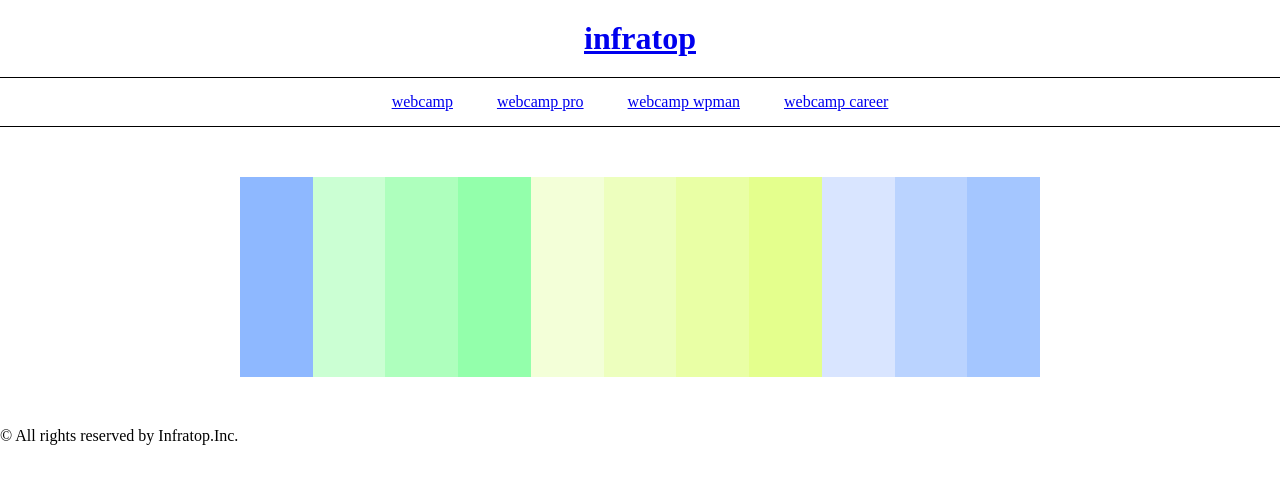
Repository: Y-takumi0/DMMwebcamp
Page: exercise/chapter5.html
The author's editor kept a record of every edit. The page is drawn from the files as they stood at one moment, then again after the next edit.
The browser window is 1280 px wide. The pictures show the whole page.

Above is the page before.

### exercise/chapter5.html
<!DOCTYPE html>
<!DOCTYPE html>
<html lang="ja">
  <head>
    <meta charset="UTF-8" />
    <link rel="stylesheet" href="chapter5.css" />
    <title>chapter5</title>
  </head>

  <body>
    <header>
      <h1 class="heading">
        <a href="chapter5.html">
          infratop
        </a>
      </h1>
    </header>

    <nav>
      <ul class="nav-list">
        <li class="nav-list-item">
          <a href="chapter5.html">webcamp</a>
        </li>
        <li class="nav-list-item">
          <a href="chapter5.html">webcamp pro</a>
        </li>
        <li class="nav-list-item">
          <a href="chapter5.html">webcamp wpman</a>
        </li>
        <li class="nav-list-item">
          <a href="chapter5.html">webcamp career</a>
        </li>
      </ul>
    </nav>

    <div class="main">
      <div class="square1"></div>
      <div class="square2"></div>
      <div class="square3"></div>
      <div class="square4"></div>
      <div class="square5"></div>
      <div class="square6"></div>
      <div class="square7"></div>
      <div class="square8"></div>
      <div class="square9"></div>
      <div class="square10"></div>
      <div class="square11"></div>
      <div class="square12"></div>
    </div>

    <footer>
      <p class="footer-text">© All rights reserved by Infratop.Inc.</p>    </footer>
  </body>
</html>

### exercise/chapter5.css
* {
  margin: 0;
  padding: 0;
  box-sizing: border-box;
}

header {
  width: 90%;
  padding: 20px 0;
  margin: 0 auto;
  text-align: center;
}

header .header {
  font-size: 32px;
}

.nav-list {
  text-align: center;
  padding: 15px 0;
  margin: 0 auto;
  border-top: 1px solid black;
  border-bottom: 1px solid black;
}

.nav-list-item {
  list-style: none;
  display:  inline-block;
  margin: 0px 20px;
}

.main {
  width: 800px;
  margin: 50px auto;
  display: flex;
}

.square1 {
  width: 200px;
  height: 200px;
  background-color: #e6ffe9;
}

.square2 {
  width: 200px;
  height: 200px;
  background-color: #cbffd3;
}

.square3 {
  width: 200px;
  height: 200px;
  background-color: #aeffbd;
}

.square4 {
  width: 200px;
  height: 200px;
  background-color: #93ffab;
}

.square5 {
  width: 200px;
  height: 200px;
  background-color: #f3ffd8;
}

.square6 {
  width: 200px;
  height: 200px;
  background-color: #edffbe;
}

.square7 {
  width: 200px;
  height: 200px;
  background-color: #e9ffa5;
}

.square8 {
  width: 200px;
  height: 200px;
  background-color: #e4ff8d;
}

.square9 {
  width: 200px;
  height: 200px;
  background-color: #d9e5ff;
}

.square10 {
  width: 200px;
  height: 200px;
  background-color: #bad3ff;
}

.square11 {
  width: 200px;
  height: 200px;
  background-color: #a4c6ff;
}

.square1 {
  width: 200px;
  height: 200px;
  background-color: #8eb8ff;
}

After the next edit:
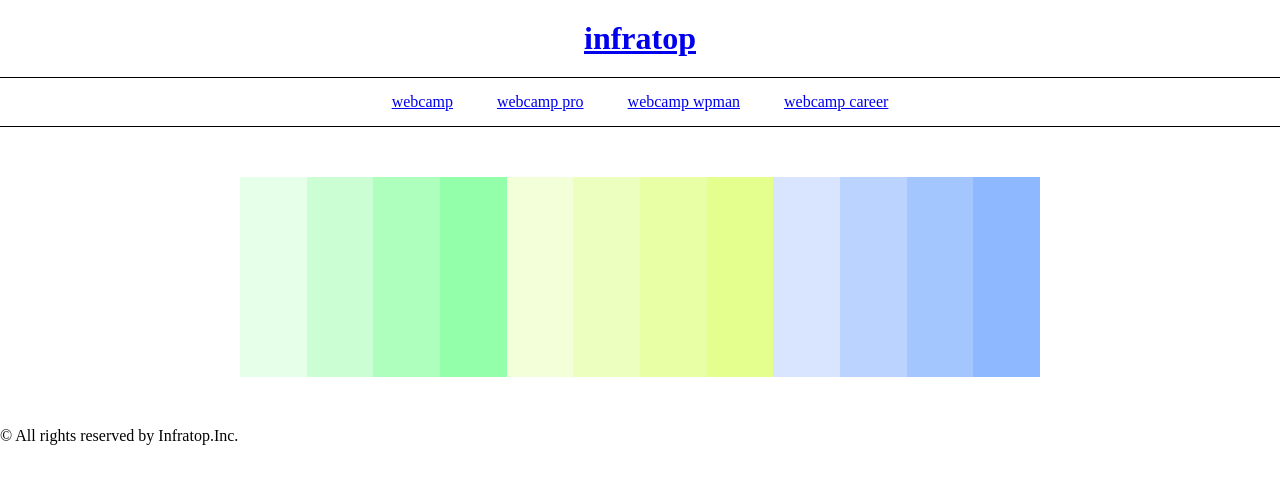
The edit:
--- a/exercise/chapter5.css
+++ b/exercise/chapter5.css
@@ -101,7 +101,7 @@
   background-color: #a4c6ff;
 }
 
-.square1 {
+.square12 {
   width: 200px;
   height: 200px;
   background-color: #8eb8ff;
